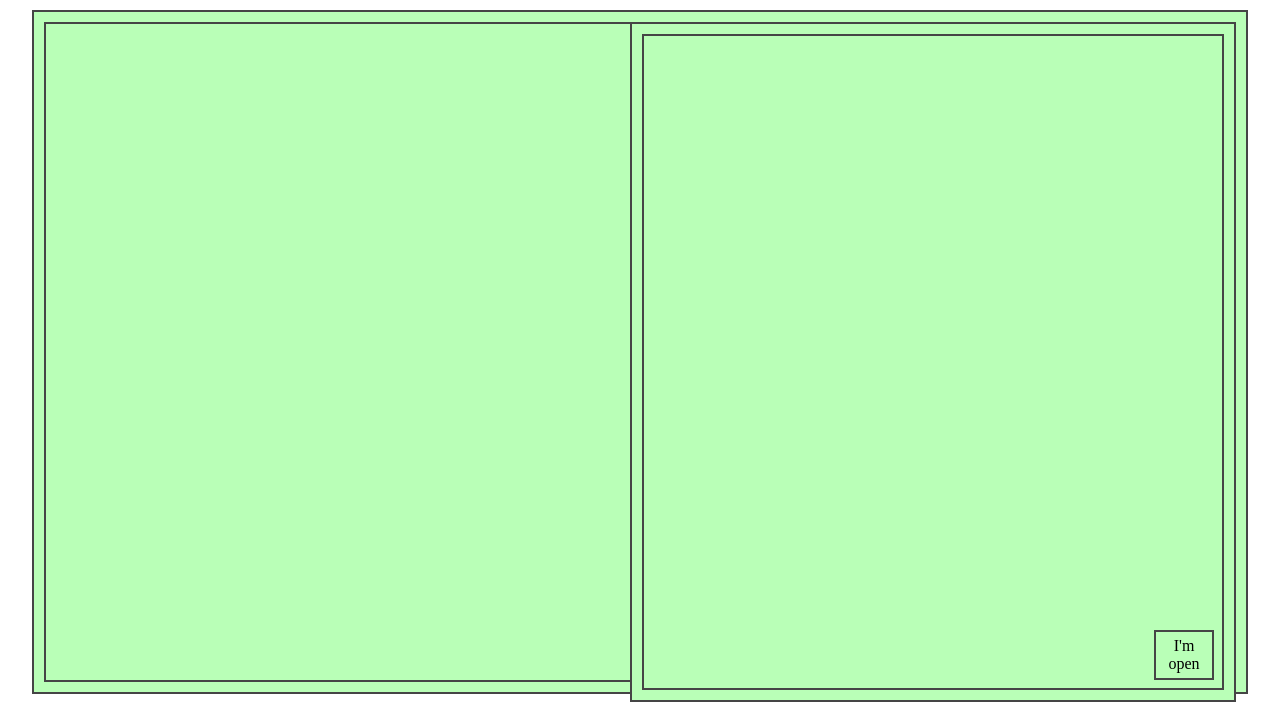
Repository: tannerbroberts/tannerbroberts.github.io
Page: /
These files come from the project's save history. The page is drawn as it stood at one moment and after the next save; the edit follows.
The browser window is 1280 px wide. The pictures show the whole page.
The project was rebuilt for these pictures with package versions that can differ from the ones it lists, and the page was loaded fresh each time. Also part of the build but not shown: vite.config.ts.

Above is the page before, as saved 2022-10-04 10:15:46.

### src/index.js
import React from "react"
import ReactDOM from "react-dom/client"
import App from "./App"
import ATP_ContextProvider from "./providers/ATP_Context"

const root = ReactDOM.createRoot(document.getElementById("root"))
root.render(
	<React.StrictMode>
		<ATP_ContextProvider>
			<React.StrictMode>
				<App />
			</React.StrictMode>
		</ATP_ContextProvider>
	</React.StrictMode>
)

### src/App.js
import React from "react"
import { cssHelper } from "./api/cssHelper"
import Main from "./components/Main"
import Shelf from "./components/Shelf"

function App() {
	const AppCSS = {
		...cssHelper,
		height: "95vh",
		width: "95vw",
		marginTop: "10px",
		display: "flex",
		position: "relative",
	}

	return (
		<div style={AppCSS}>
			<Main />
			<Shelf />
		</div>
	)
}

export default App

### src/providers/ATP_Context.js
/* eslint-disable react/prop-types */
import React, { useContext, useReducer, createContext } from "react"
import ATP_Reducer, { initialState } from "./ATP_Reducer"

export const ATP_StateContext = createContext()
export const ATP_DispatchContext = createContext()

export default function ATP_ContextProvider({ children }) {
	const [state, dispatch] = useReducer(ATP_Reducer, initialState)

	return (
		<ATP_StateContext.Provider value={state}>
			<ATP_DispatchContext.Provider value={dispatch}>
				{children}
			</ATP_DispatchContext.Provider>
		</ATP_StateContext.Provider>
	)
}

export const useATP_StateContext = () => useContext(ATP_StateContext)
export const useATP_DispatchContext = () =>
	useContext(ATP_DispatchContext)

### src/api/cssHelper.js
export const cssHelper = {
	boxSizing: "border-box",

	height: "100%",
	width: "100%",
	// border: "2px solid black",
	margin: "auto",
	padding: "10px",
	gap: "10px",
	display: "grid",
	// gridTemplateRows / gridTemplateColumns
	gridTemplate: "1fr / 1fr",
	backgroundColor: "rgb(185, 255, 183)",
	border: "2px solid rgb(69, 69, 69)",
}

export const mainColor = {
	backgroundColor: "blue",
}

### src/components/Shelf/index.js
export { default } from "./Shelf"

### src/providers/ATP_Reducer.js
export const initialState = {
	mainStack: [
		/* main frames */
		{ frameType: "", value: "" },
	],
	shelf: {
		/* directly corresponds to the main frame */
	},
	shelfOpen: true,
	library: [
		/* All items live here. Eventually, they're going to be returned from the server */
	],
	filters: [
		/* object list of matchers
		{complexVariableMatcher: criteria list}
		{nameContains: STRING},
		{containsVariable: VARIABLE_ID},
		{color: COLOR},
		{pattern: PATTERN},
		{owner: USER_ID},
		{createdBy: DATE},
		{length: TIME_LENGTH},
		{pattern: PATTERN},
		*/
	],
}

function loadFrame(state, action) {
	const stack = state.mainFrame
	stack.push(action.value)
	return { ...state, mainFrame: stack }
}

function closeFrame(state) {
	const stack = state.mainFrame
	stack.pop()
	return { ...state, mainFrame: stack }
}

function toggleShelf(state) {
	return { ...state, shelfOpen: !state?.shelfOpen }
}

const dispatchDictionary = {
	LOAD_FRAME: loadFrame,
	CLOSE_FRAME: closeFrame,
	TOGGLE_SHELF: toggleShelf,
}

export default function ATP_Reducer(state, action) {
	console.log('calling a reducer function now')
	if (action.type && dispatchDictionary[action.type])
		return dispatchDictionary[action.type](state, action)
}

### src/components/Main/Main.js
import React from "react"
import { cssHelper } from "../../api/cssHelper"

const MainCSS = {
	...cssHelper,
	width: "100%",
}

export default function Main() {
	return <div style={MainCSS} />
}

### src/components/Shelf/Shelf.js
/* eslint-disable react/prop-types */
import React from "react"
import { cssHelper } from "../../api/cssHelper"
import ShelfToggle from "./ShelfToggle"
import { useATP_StateContext } from "../../providers/ATP_Context"

const shelfContentCSS = (openStatus) => {
	const obj = { ...cssHelper }
	openStatus ? '' : (obj.display = "none")

	return obj
}

const shelfCSS = (openStatus) => {
	const obj = { ...cssHelper, position: "absolute", width: "50%" }
	openStatus ? obj.right = "10px" : (obj.right = "-100px")

	return obj
}

export default function Shelf() {
	const { shelfOpen } = useATP_StateContext()

	return (
		<div style={shelfCSS(shelfOpen)}>
			<div style={shelfContentCSS(shelfOpen)}></div> {/** content area */}
			<ShelfToggle />
		</div>
	)
}

### src/components/Shelf/ShelfToggle/index.js
export { default } from './ShelfToggle'

### src/components/Shelf/ShelfToggle/ShelfToggle.js
/* eslint-disable react/prop-types */
import React from "react"
import { useATP_StateContext } from "../../../providers/ATP_Context"
import { useATP_DispatchContext } from "../../../providers/ATP_Context"
import { cssHelper } from '../../../api/cssHelper'

export default function ShelfToggle() {
	const state = useATP_StateContext()
	const dispatch = useATP_DispatchContext()

	const shelfToggleCSS = {
		...cssHelper,
		position: "absolute",
		bottom: "20px",
		right: "20px",
		height: "50px",
		width: "60px",
		padding: "5px",
		textAlign: "center",
	}

	return (
		<div
			style={shelfToggleCSS}
			onClick={() => dispatch({ type: "TOGGLE_SHELF" })}
		>
			{state?.shelfOpen ? "I'm open" : "I'm closed"}
		</div>
	)
}

Loaded but not shown: public/index.html (common file); src/components/Main/index.js (common file)

After the next save:
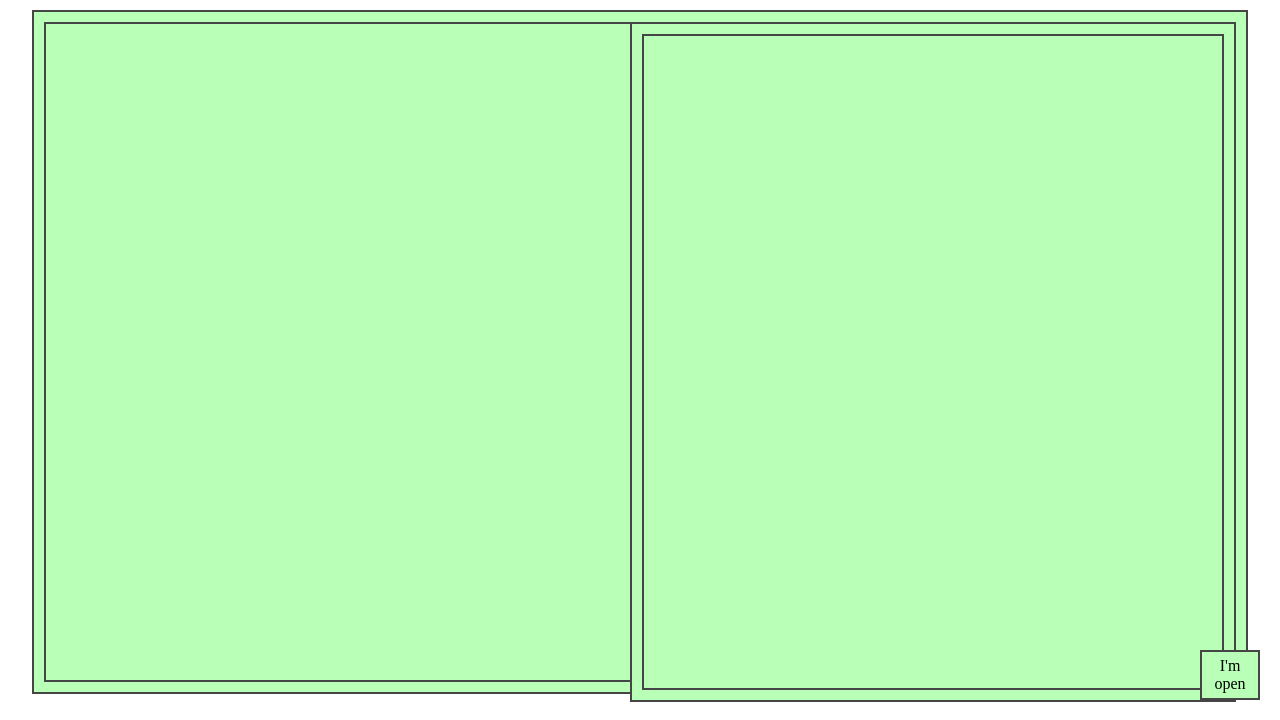
Saved 1 s later.
--- a/src/components/Shelf/ShelfToggle/ShelfToggle.js
+++ b/src/components/Shelf/ShelfToggle/ShelfToggle.js
@@ -10,7 +10,7 @@ export default function ShelfToggle() {
 
 	const shelfToggleCSS = {
 		...cssHelper,
-		position: "absolute",
+		position: "fixed",
 		bottom: "20px",
 		right: "20px",
 		height: "50px",
